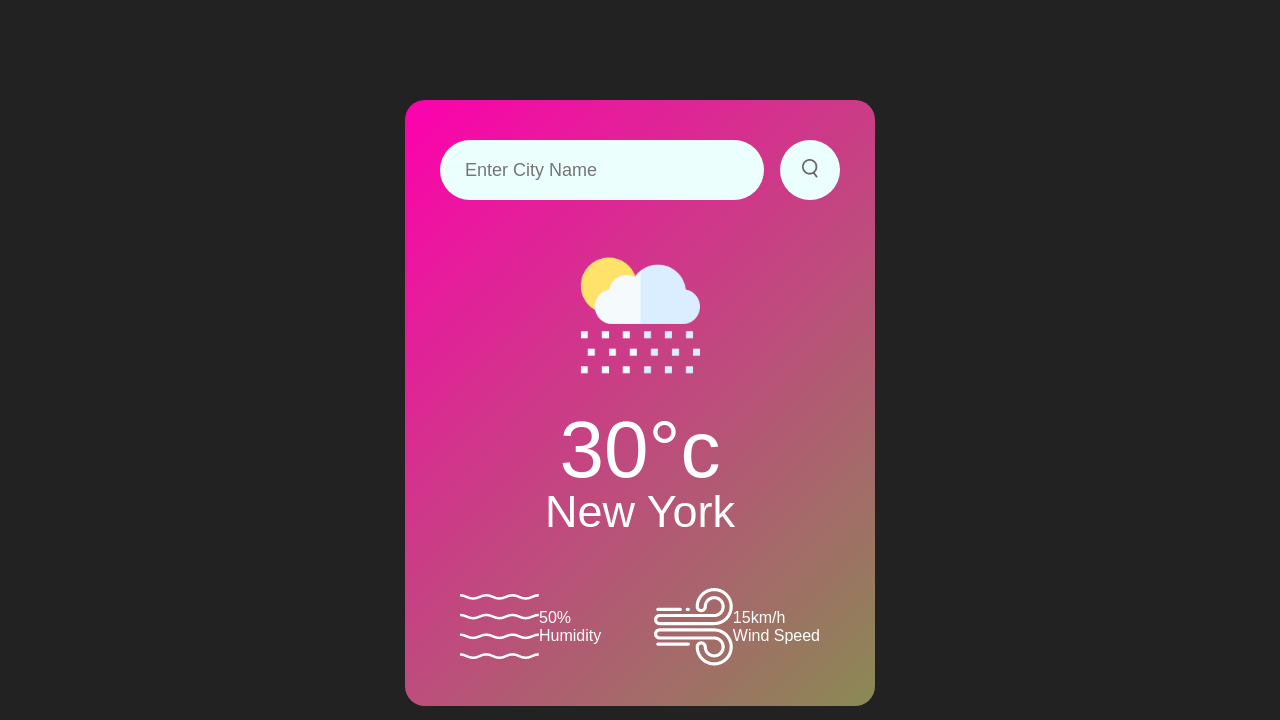
Repository: dubeprince/WeatherApp-Project
Page: WeatherApp/index.html
The author's editor kept a copy of each file at every save. The page is drawn from the files as they stood at one save, then again after the next save.
The browser window is 1280 px wide. The pictures show the whole page.

Above is the page before, as saved 2023-05-26 11:27:07.

### WeatherApp/index.html
<!DOCTYPE html>
<html lang="en">
<head>
    <meta charset="UTF-8">
    <meta http-equiv="X-UA-Compatible" content="IE=edge">
    <meta name="viewport" content="width=device-width, initial-scale=1.0">
    <title>Weather App</title>
    <link rel = "stylesheet" href = "style.css">
</head>
<body>

    <div class="card">
        <div class="search">
            <input type="text" placeholder="Enter City Name" spellcheck="false">
            <button><img src="images/search.png" alt=""></button>
        </div>
        <div class="weather">
            <img src="images/rain.png" class="weather-icon">
            <h1 class="temp">30°c</h1>
            <h2 class="city">New York</h2>
            <div class="details">
                <div class="col">
                    <img src="images/humidity.png" >
                    <div>
                        <p class="humidity">50%</p>
                        <p>Humidity</p>
                    </div>
                </div>
                <div class="col">
                    <img src="images/wind.png" >
                    <div>
                        <p class="wind">15km/h</p>
                        <p>Wind Speed</p>
                    </div>
                </div>
            </div>
        </div>
    </div>

</body>
</html>

### WeatherApp/style.css
*{
    margin : 0;
    padding: 0;
    font-family: 'Poppins', sans-serif;
    box-sizing: border-box;

}
body{
    background: #222;
}
.card{
    width: 90%;
    max-width: 470px;
    background: linear-gradient(135deg, #fe00ae, #898a54);
    color: #fff; /* white */
    margin: 100px auto 0;
    border-radius: 20px;
    padding: 40px 35px;
    text-align: center;

}
.search{
    width: 100%;
    display: flex;
    align-items: center;
    justify-content: space-between;
}
.search input{
    border: 0;
    outline: 0;
    background: #ebfffc;
    color: #555;
    padding: 10px 25px;
    height: 60px;
    border-radius: 30px;
    flex: 1;
    margin-right: 16px;
    font-size: 18px;
}
.search button{
    border: 0;
    outline: 0;
    border-radius: 50%;
    background: #ebfffc;
    width: 60px;
    height: 60px;
    cursor: pointer;

}
.search button img{
    width: 16px;

}
.weather-icon{
    width: 170px;
    margin-top: 30px;
}
.weather h1{
    font-size: 80px;
    font-weight: 500;
}
.weather h2{
    font-weight: 400;
    font-size: 45px;
    margin-top: -10px;
}
.details{
    display: flex;
    align-items: center;
    justify-content: space-between;
    padding: 0 20px;
    margin-top: 50px;
}
.col{
    display: flex;
    align-items: center;
    justify-content: space-between;
    text-align: left;
}

After the next save:
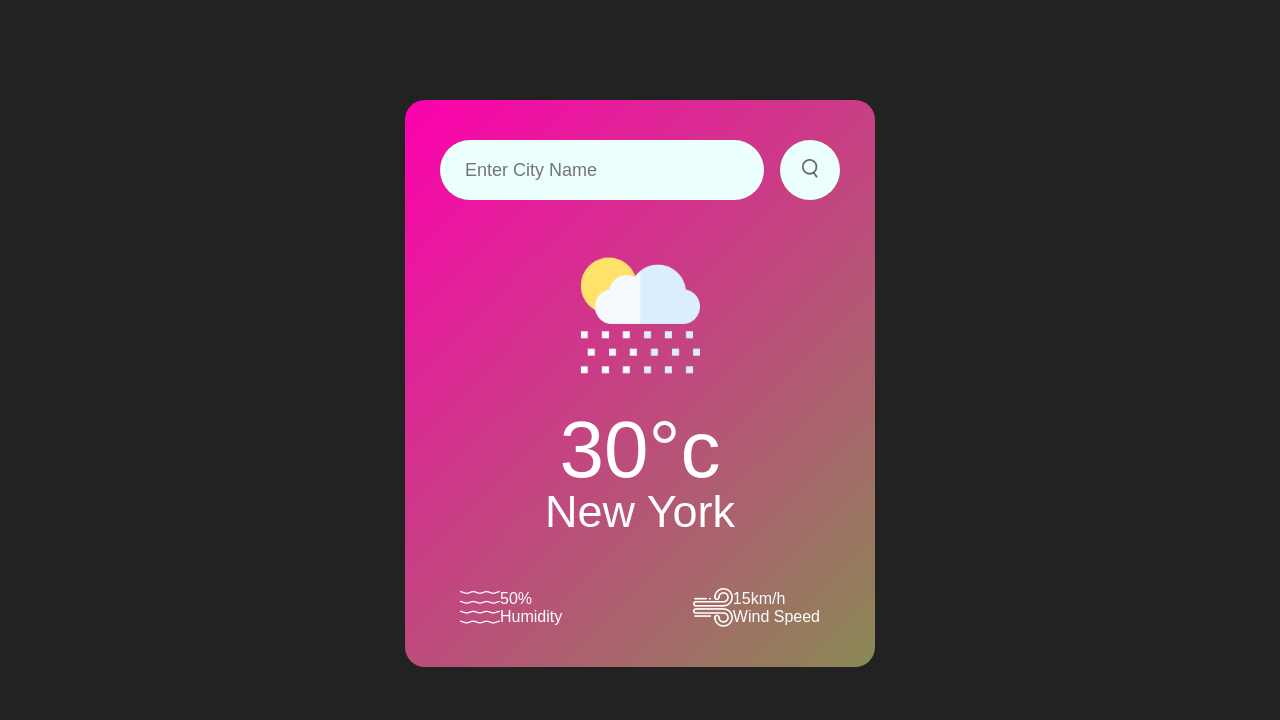
Saved 67 s later.
--- a/WeatherApp/style.css
+++ b/WeatherApp/style.css
@@ -77,3 +77,7 @@ body{
     justify-content: space-between;
     text-align: left;
 }
+.col img{
+    width: 40px;
+
+}
